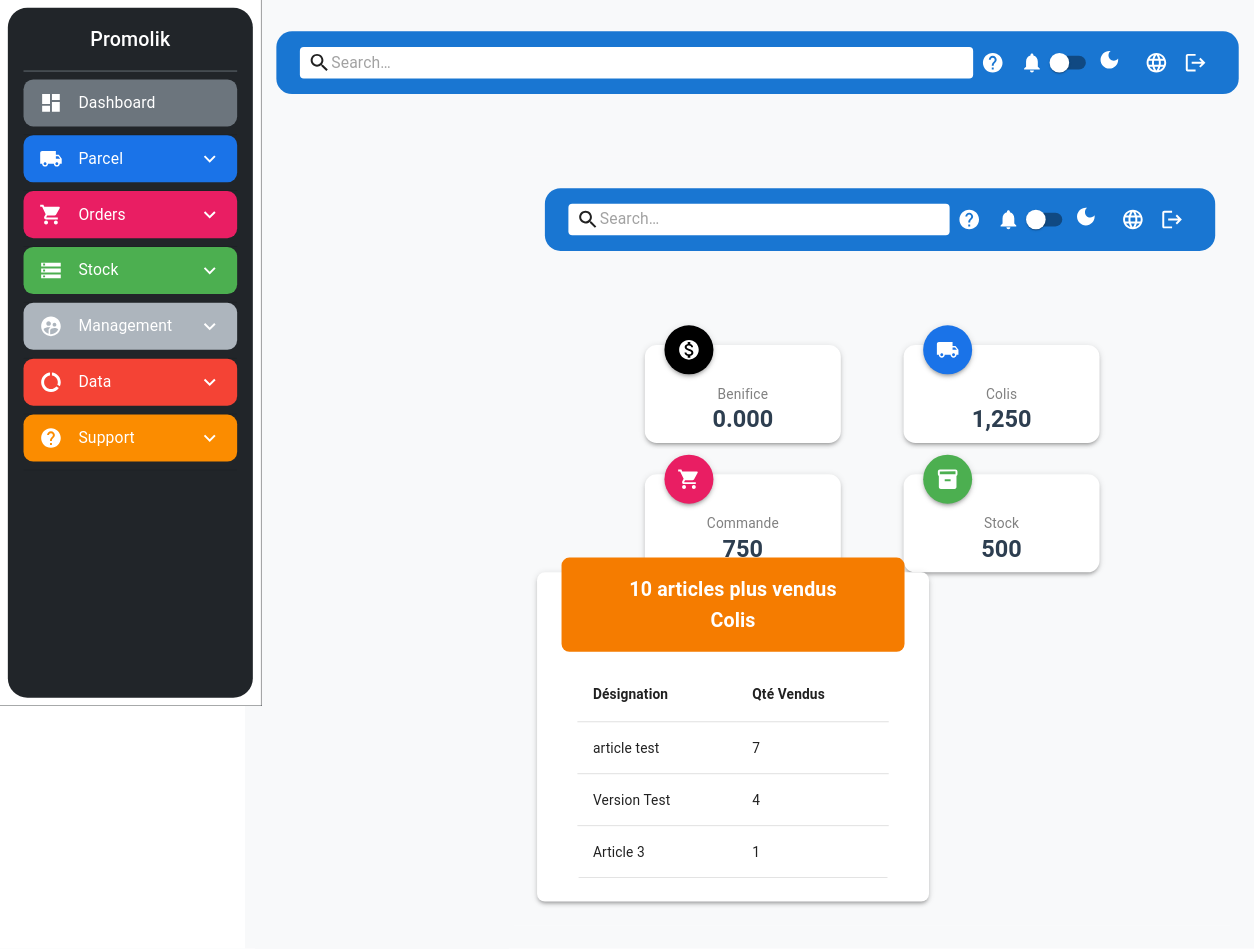
Repository: yosrjdly/stk
Page: /dashboard (app in dashboard/)
The author's editor kept a copy of each file at every save. The page is drawn from the files as they stood at one save, then again after the next save.
The browser window is 1280 px wide. The pictures show the whole page, at 98% of full size.
The project was rebuilt for these pictures with package versions that can differ from the ones it lists, and the page was loaded fresh each time. The framework's server and built-in components were replaced by stand-ins that run in the browser. Also part of the build but not shown: dashboard/next.config.ts.

Above is the page before, as saved 2025-02-14 18:26:29.

After the next save:
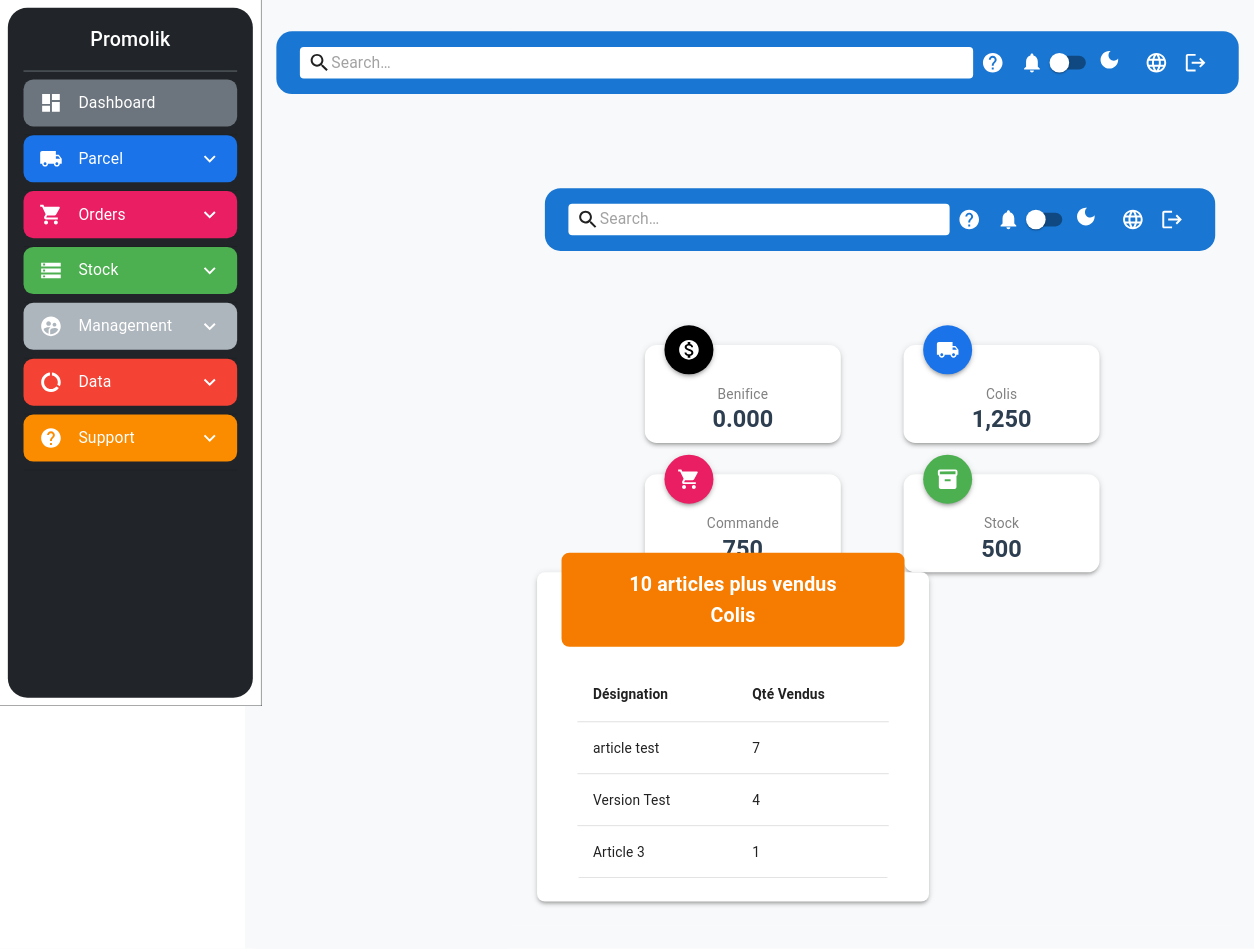
Saved 7 s later.
--- a/dashboard/src/componenets/cards/mediumCard/TopSellingCard.tsx
+++ b/dashboard/src/componenets/cards/mediumCard/TopSellingCard.tsx
@@ -11,7 +11,7 @@ const data = [
 const TopSellingCard = () => {
   return (
     <Card sx={{ width: 400, borderRadius: 2, boxShadow: 3, overflow: "visible", display: "flex", flexDirection: "column", alignItems: "center", justifyContent: "center", position: "relative" }}>
-      <CardContent sx={{ backgroundColor: "#f57c00", color: "white", textAlign: "center", padding: 2, width: 350, position: "absolute", top: -15,borderRadius: 2 }}>
+      <CardContent sx={{ backgroundColor: "#f57c00", color: "white", textAlign: "center", padding: 2, width: 350, position: "absolute", top: -20,borderRadius: 2 }}>
         <Typography variant="h6" fontWeight="bold">
           10 articles plus vendus
         </Typography>
